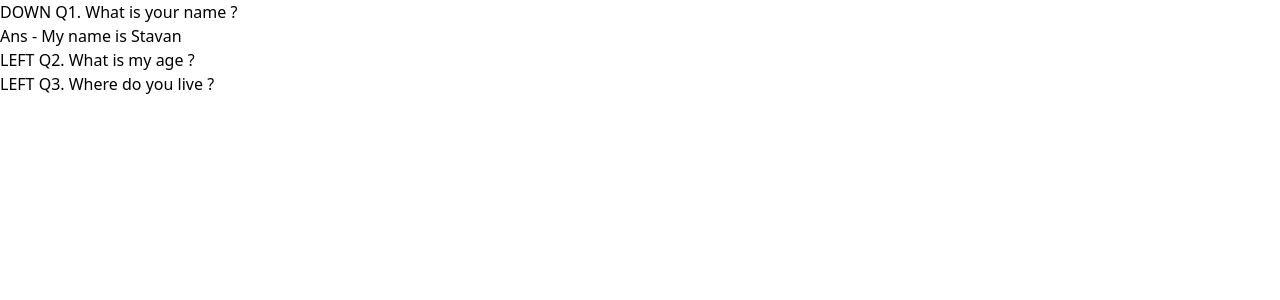
Repository: stavan30/components
Page: /
An editor plug-in stored every save of this project. The page is shown before and after the next save, followed by the edit.
The browser window is 1280 px wide. The pictures show the whole page.
The project was rebuilt for these pictures with package versions that can differ from the ones it lists, and the page was loaded fresh each time.

Above is the page before, as saved 2024-03-13 02:24:33.

### src/index.js
import React from "react";
import ReactDOM from 'react-dom/client'
import './index.css'
import App from './App'

const el = document.getElementById('root')
const root = ReactDOM.createRoot(el)

root.render(<App/>)

### src/App.js
import React from 'react'
import Accordion from './components/Accordion'


const App = () => {
    const items = [
        {
            id: 'd36dqd',
            label: 'Q1. What is your name ?',
            content: 'Ans - My name is Stavan'
        },
        {
            id: '4542vs',
            label: 'Q2. What is my age ?',
            content: 'Ans - My age is 25'
        },
        {
            id: '12ehq3',
            label: 'Q3. Where do you live ?',
            content: 'Ans - I live in San Jose'
        },
    ]

  return (
    <Accordion items={items}/>
  )
}

export default App

### src/components/Accordion.js
import React from 'react'
import { useState } from 'react';
import { GoChevronDown, GoChevronLeft } from "react-icons/go";


const Accordion = ({items}) => {

    const [expandedIndex, setExpandedIndex] = useState(0)

    const renderedItems = items.map((item, index)=>{
        const isExpanded = index === expandedIndex;

        const icon = <span>{isExpanded ? 'DOWN ' : 'LEFT '}</span>

       return (
        <div key={item.id}>
            <div onClick={()=> setExpandedIndex(index)}>
                {icon}
                {item.label}
            </div>
            {/* JS Boolean Expression turthy and falsey values, && and || operators - video 183 and 184 IMP*/}
            {isExpanded && <div>{item.content}</div>}
        </div>
       )
    });
  return (
    <div>
        {renderedItems}
    </div>
  )
}

export default Accordion

Loaded but not shown: public/index.html (common file); src/index.css (common file); tailwind.config.js (common file)

After the next save:
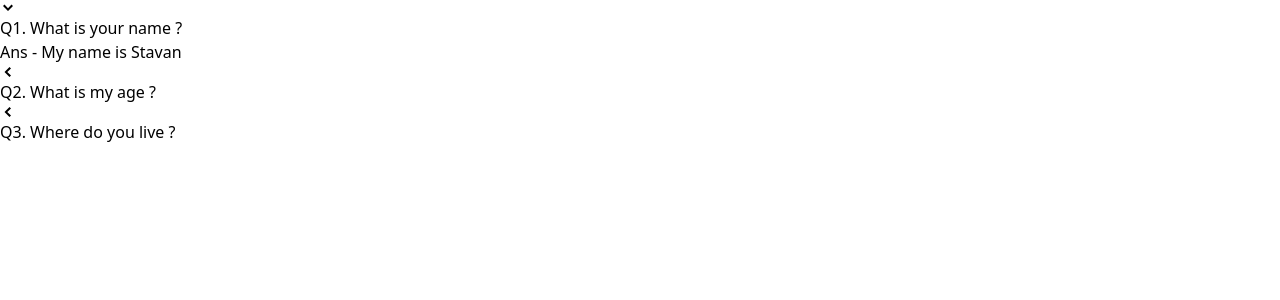
Saved 24 s later.
--- a/src/components/Accordion.js
+++ b/src/components/Accordion.js
@@ -10,7 +10,7 @@ const Accordion = ({items}) => {
     const renderedItems = items.map((item, index)=>{
         const isExpanded = index === expandedIndex;
 
-        const icon = <span>{isExpanded ? 'DOWN ' : 'LEFT '}</span>
+        const icon = <span>{isExpanded ? <GoChevronDown/> : <GoChevronLeft/>}</span>
 
        return (
         <div key={item.id}>
